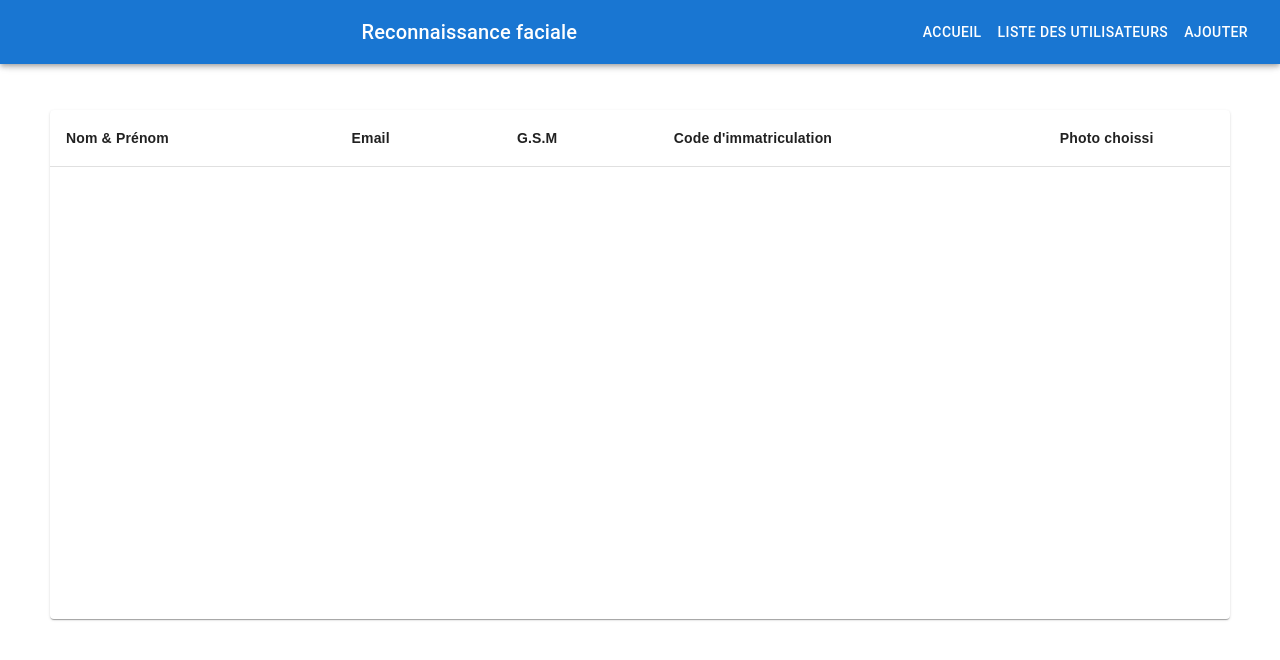
Repository: azizdeghais/Face-recognition-Platform
Page: /liste (app in front-end/)
These files come from the project's save history. The page is drawn as it stood at one moment and after the next save; the edit follows.
The browser window is 1280 px wide. The pictures show the whole page.
The page's requests for data from a server got no answer. The project was rebuilt for these pictures with package versions that can differ from the ones it lists, and the page was loaded fresh each time. No one was signed in, and anything a server would have sent is missing. Also part of the build but not shown: front-end/vite.config.js, front-end/src/Home/Home.css, front-end/src/Home/Home.jsx, front-end/src/Ajouter/Ajouter.jsx, front-end/src/Modification/Modification.jsx.

Above is the page before, as saved 2023-05-20 23:17:42.

After the next save:
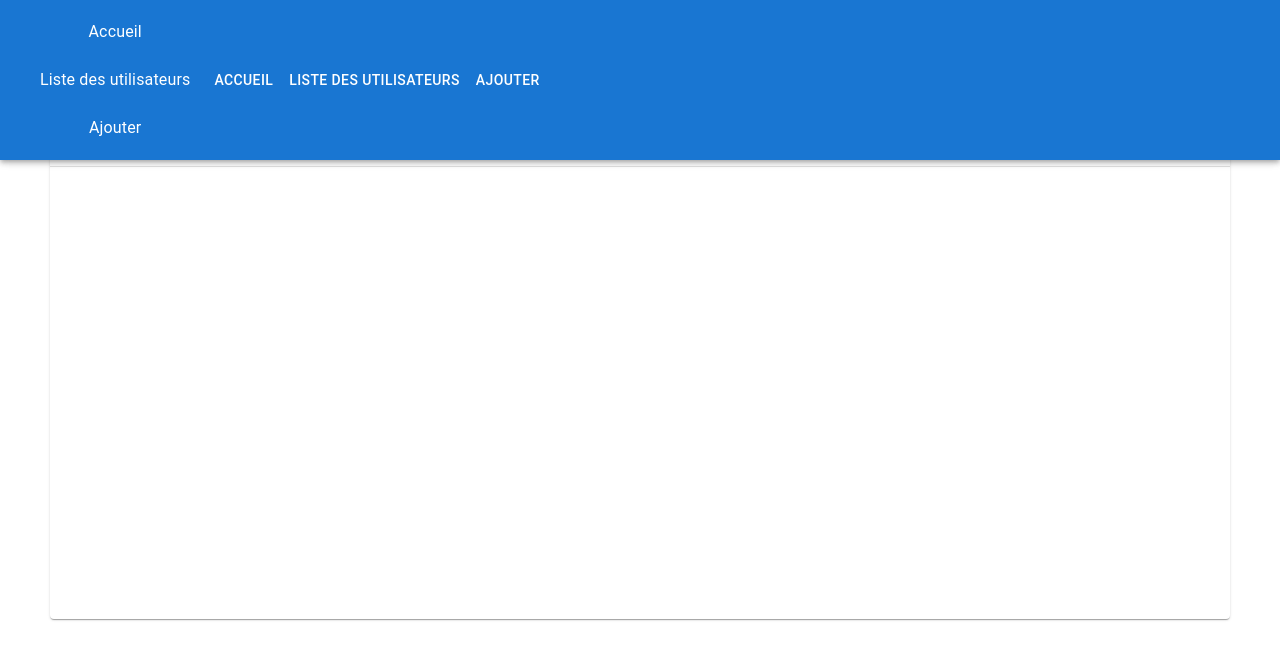
Saved 23 s later.
--- a/front-end/src/Navbar/Navbar.jsx
+++ b/front-end/src/Navbar/Navbar.jsx
@@ -30,24 +30,9 @@ function DrawerAppBar(props) {
 
   const drawer = (
     <Box onClick={handleDrawerToggle} sx={{ textAlign: 'center' }}>
-      <List>
-       <ListItem disablePadding>
-        <ListItemButton sx={{ textAlign:'center'}}>
-            <ListItemText primary={navItems[0]}/>
-        </ListItemButton>
-       </ListItem>
-       <ListItem disablePadding>
-        <ListItemButton sx={{ textAlign:'center'}}>
-            <ListItemText primary={navItems[1]}/>
-        </ListItemButton>
-       </ListItem>
-       <ListItem disablePadding>
-        <ListItemButton sx={{ textAlign:'center'}}>
-            <ListItemText primary={navItems[2]}/>
-        </ListItemButton>
-       </ListItem>
-
-      </List>
+      <Typography variant="h6" sx={{ my: 2 }}>
+        Reconnaissance faciale
+      </Typography>
       <Divider />
       <List>
        <ListItem disablePadding>
@@ -86,13 +71,24 @@ function DrawerAppBar(props) {
           >
             <MenuIcon />
           </IconButton>
-          <Typography
-            variant="h6"
-            component="div"
-            sx={{ flexGrow: 1, display: { xs: 'none', sm: 'block' } }}
-          >
-            Reconnaissance faciale
-          </Typography>
+          <List>
+       <ListItem disablePadding>
+        <ListItemButton sx={{ textAlign:'center'}}>
+            <ListItemText primary={navItems[0]}/>
+        </ListItemButton>
+       </ListItem>
+       <ListItem disablePadding>
+        <ListItemButton sx={{ textAlign:'center'}}>
+            <ListItemText primary={navItems[1]}/>
+        </ListItemButton>
+       </ListItem>
+       <ListItem disablePadding>
+        <ListItemButton sx={{ textAlign:'center'}}>
+            <ListItemText primary={navItems[2]}/>
+        </ListItemButton>
+       </ListItem>
+
+      </List>
           <Box sx={{ display: { xs: 'none', sm: 'block' } }}>
         <Link to="/">
           <Button sx={{color:'#fff'}}>
